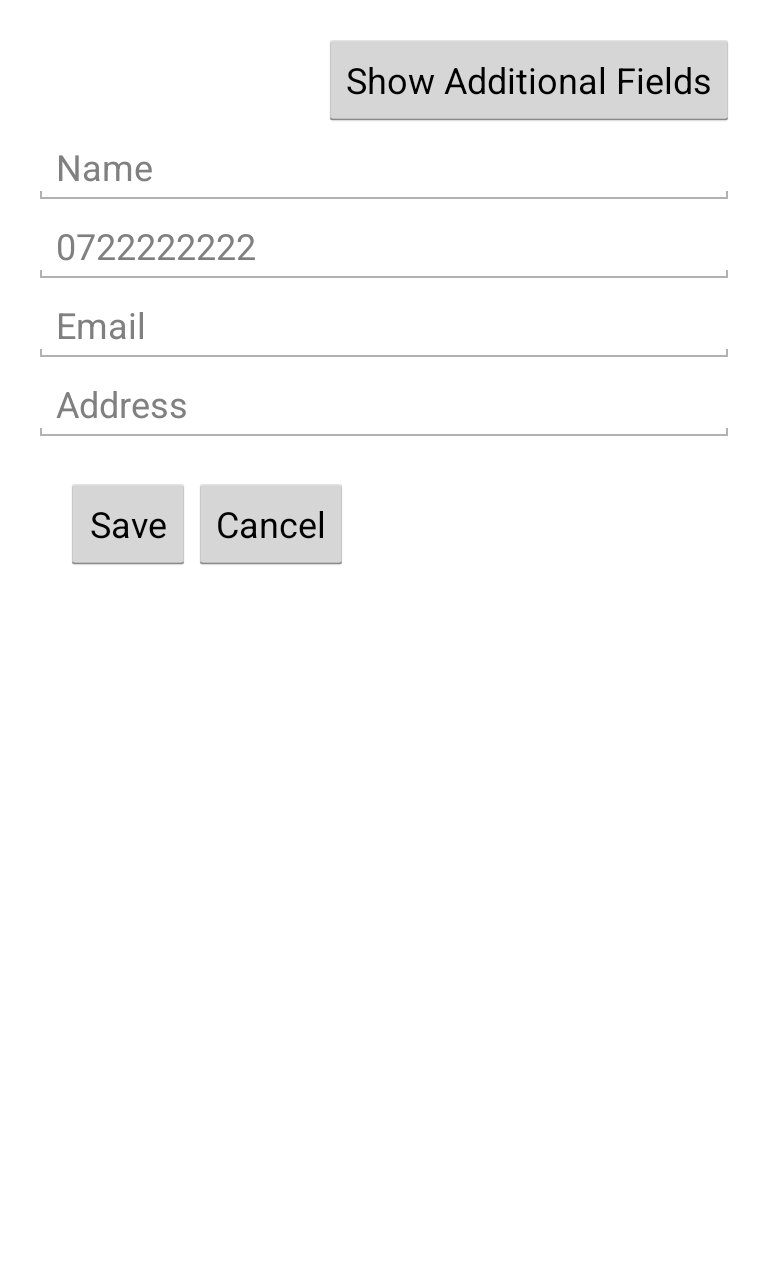
Repository: andreeastoican/Laborator04
Layout: ContactsManager/res/layout/fragment_basic_details.xml
These files come from the project's save history. The layout is drawn as it stood at one moment and after a run of saves; the edit follows.
It is drawn on a 768 x 1280 px phone screen (xhdpi) without system bars, with theme AppTheme; the app's code is not run.

Above is the layout before, as saved 2015-03-17 19:45:39.

### ContactsManager/res/layout/fragment_basic_details.xml
<LinearLayout xmlns:android="http://schemas.android.com/apk/res/android"
    xmlns:tools="http://schemas.android.com/tools"
    android:id="@+id/containerTop"
    android:layout_width="match_parent"
    android:layout_height="match_parent"
    android:paddingBottom="@dimen/activity_vertical_margin"
    android:paddingLeft="@dimen/activity_horizontal_margin"
    android:paddingRight="@dimen/activity_horizontal_margin"
    android:paddingTop="@dimen/activity_vertical_margin"
    android:orientation="vertical"
    tools:context="ro.pub.cs.systems.pdsd.lab04.contactsmanager.BasicDetailsFragment" >

    	<Button
	       android:id="@+id/id_additional_filed"
	       android:text="Show Additional Fields"
	       android:layout_height="wrap_content"
	       android:layout_width="wrap_content"
	       android:layout_gravity="right"/>
	   <EditText
	       android:id="@+id/id_name"
	       android:layout_width="fill_parent"
	       android:layout_height="wrap_content"
	       android:inputType="textPersonName"
	       android:hint="Name"/>
	   <EditText
	       android:id="@+id/id_phone"
	       android:layout_width="fill_parent"
	       android:layout_height="wrap_content"
	       android:inputType="phone"
	       android:hint="0722222222"/>
	   <EditText
	       android:id="@+id/id_email"
	       android:layout_width="fill_parent"
	       android:layout_height="wrap_content"
	       android:inputType="textEmailAddress"
	       android:hint="Email"/>
	   <EditText
	       android:id="@+id/id_address"
	       android:layout_width="fill_parent"
	       android:layout_height="wrap_content"
	       android:inputType="text"
	       android:hint="Address"/>

	   <LinearLayout
	       android:layout_width="match_parent"
	       android:layout_height="match_parent"
	       android:orientation="horizontal"
	       android:paddingBottom="@dimen/activity_vertical_margin"
	       android:paddingLeft="@dimen/activity_horizontal_margin"
	       android:paddingRight="@dimen/activity_horizontal_margin"
	       android:paddingTop="@dimen/activity_vertical_margin"
	       tools:context="ro.pub.cs.systems.pdsd.lab04.contactsmanager.BasicDetailsFragment" >

	       <Button
	           android:id="@+id/id_save"
	           android:layout_width="wrap_content"
	           android:layout_height="wrap_content"
	           android:layout_gravity="center_horizontal"
	           android:text="Save" />

	       <Button
	           android:id="@+id/id_cancel"
	           android:layout_width="wrap_content"
	           android:layout_height="wrap_content"
	           android:layout_gravity="center_horizontal"
	           android:text="Cancel" />
	   </LinearLayout>

</LinearLayout>

Loaded but not shown: ContactsManager/res/values/styles.xml (common file); ContactsManager/res/values-v11/styles.xml (common file); ContactsManager/res/values-v14/styles.xml (common file); ContactsManager/res/values/dimens.xml (common file); ContactsManager/res/values-w820dp/dimens.xml (common file)

After the next 2 saves:
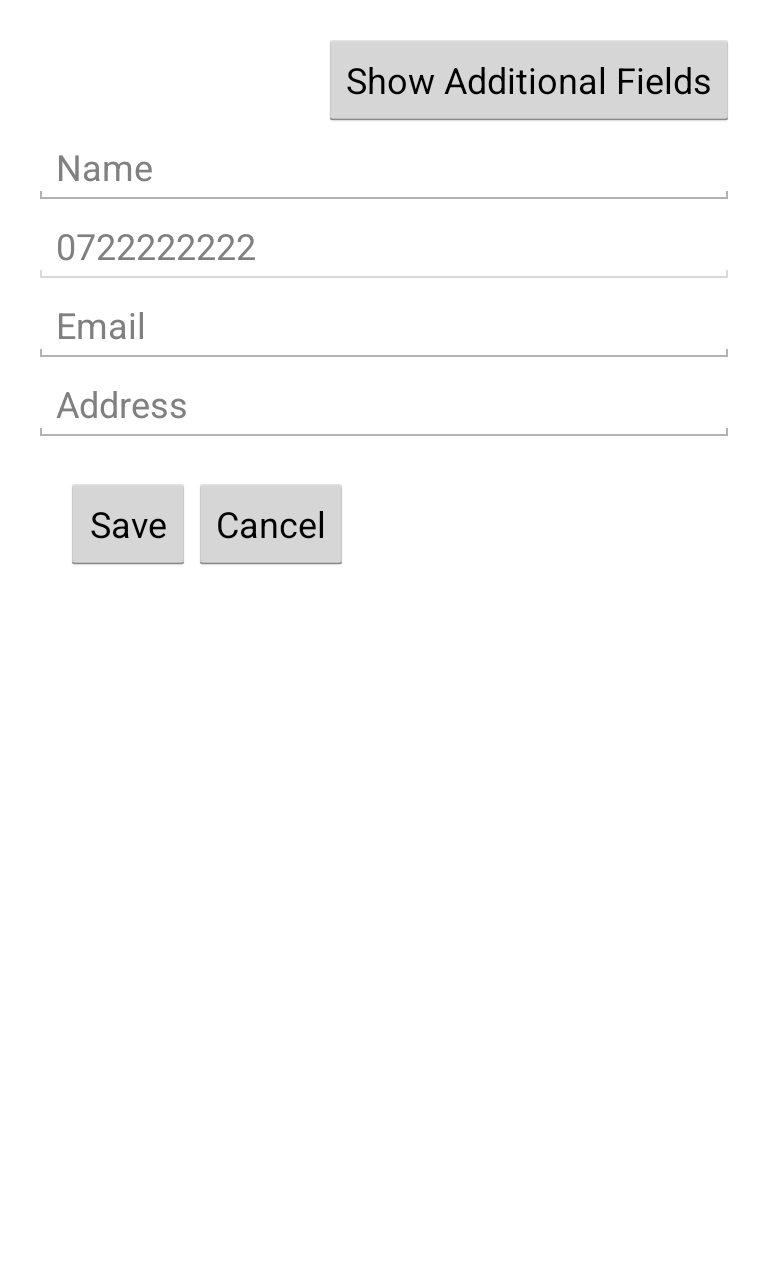
The 2 saves are shown as one change because 1 did not build or start.
The last was saved 2 min 23 s later.
--- a/ContactsManager/res/layout/fragment_basic_details.xml
+++ b/ContactsManager/res/layout/fragment_basic_details.xml
@@ -27,6 +27,7 @@
 	       android:layout_width="fill_parent"
 	       android:layout_height="wrap_content"
 	       android:inputType="phone"
+	       android:enabled="false"
 	       android:hint="0722222222"/>
 	   <EditText
 	       android:id="@+id/id_email"
